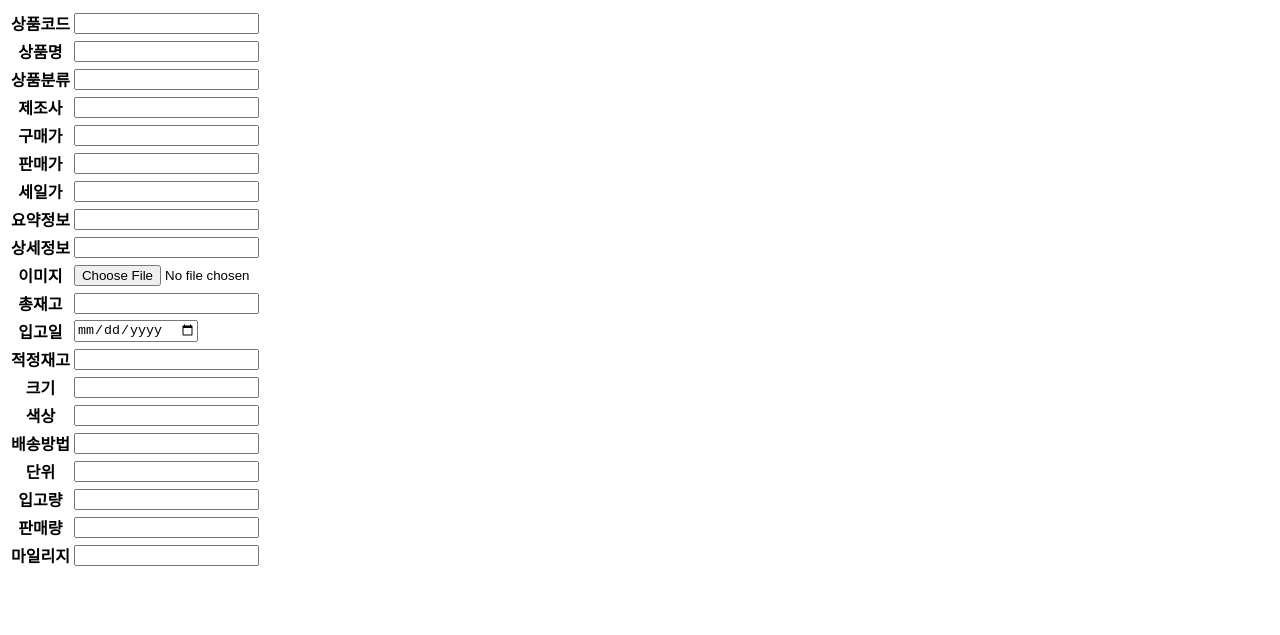
Repository: hoseolkim/restart
Page: http://localhost/WebStudy03_Mybatis/WEB-INF/views/prod/prodEdit.jsp
An editor plug-in stored every save of this project. The page is shown before and after the next save, followed by the edit.
The browser window is 1280 px wide. The pictures show the whole page.
The page is served by Tomcat 9. Nobody is signed in. The template is opened directly, without the code that normally fills it, so the values that code supplies are empty.

Above is the page before, as saved 2023-10-10 02:08:39.

After the next save:
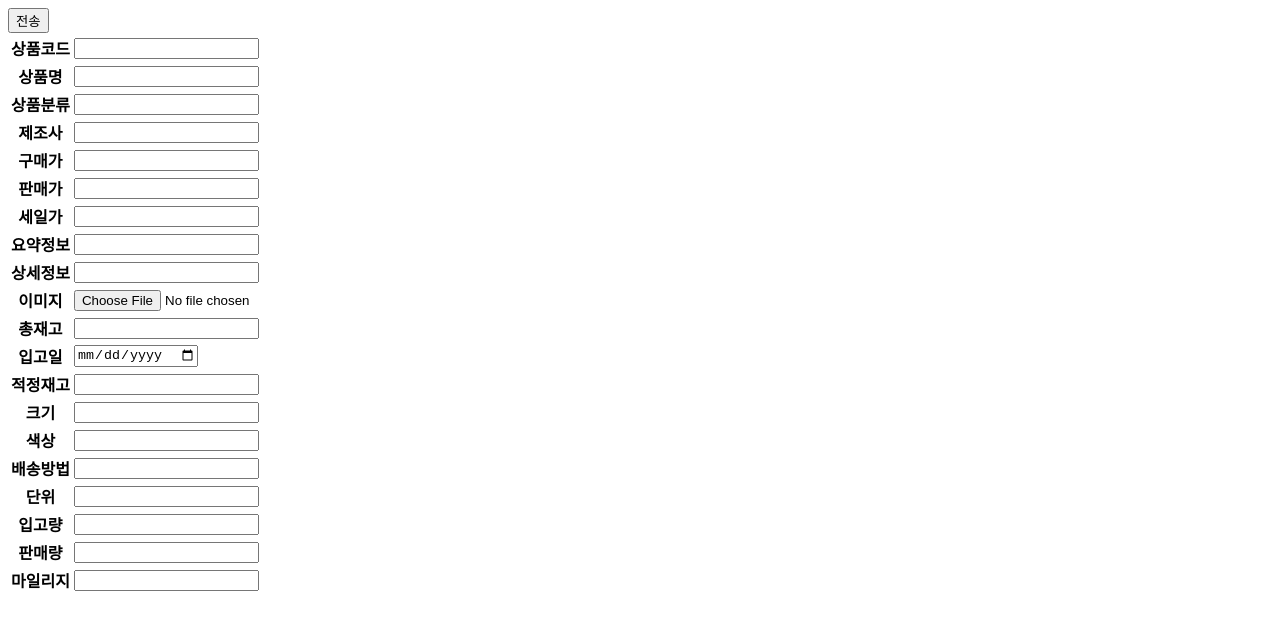
Saved 34 s later.
--- a/WebStudy03_Mybatis/src/main/webapp/WEB-INF/views/prod/prodEdit.jsp
+++ b/WebStudy03_Mybatis/src/main/webapp/WEB-INF/views/prod/prodEdit.jsp
@@ -104,5 +104,8 @@
 			<td><input type="number" name="prodMileage" class="form-control"
 				value="${prod.prodMileage}" /><span class="error">${errors.prodMileage}</span></td>
 		</tr>
+		<tr>
+			<input type="submit" value="전송" />
+		</tr>
 	</table>
 </form>

After the save that followed:
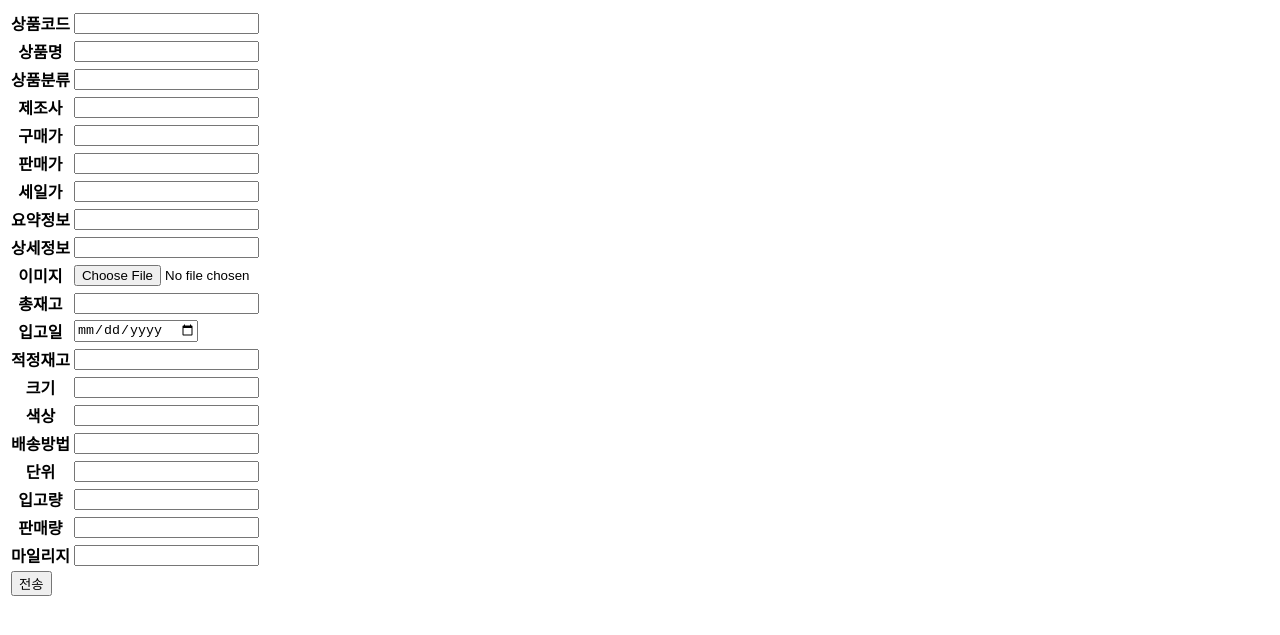
Saved 17 s later.
--- a/WebStudy03_Mybatis/src/main/webapp/WEB-INF/views/prod/prodEdit.jsp
+++ b/WebStudy03_Mybatis/src/main/webapp/WEB-INF/views/prod/prodEdit.jsp
@@ -105,7 +105,7 @@
 				value="${prod.prodMileage}" /><span class="error">${errors.prodMileage}</span></td>
 		</tr>
 		<tr>
-			<input type="submit" value="전송" />
+			<td><input type="submit" value="전송" /></td>
 		</tr>
 	</table>
 </form>
